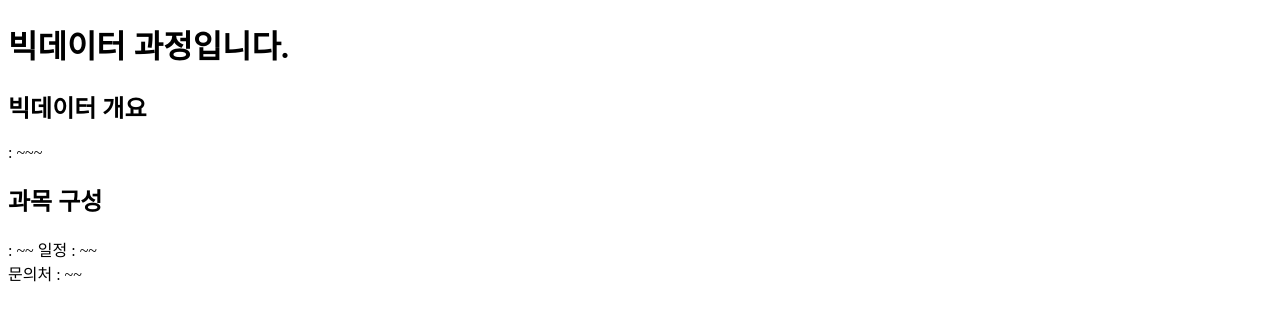
Repository: ybshim90/sesac1
Page: day_20211216_03_hello/src/main/webapp/hello.html
The author's editor kept a copy of each file at every save. The page is drawn from the files as they stood at one save, then again after the next save.
The browser window is 1280 px wide. The pictures show the whole page.

Above is the page before, as saved 2021-12-16 07:35:03.

### day_20211216_03_hello/src/main/webapp/hello.html
<!DOCTYPE html>
<html>
	<head>
		<meta charset="UTF-8">
		<title>빅데이터 과정 소개</title>
	</head>
	<body>
		<h1>빅데이터 과정입니다.</h1>
		<h2>빅데이터 개요</h2> : ~~~
		<h2>과목 구성</h2> : ~~
		일정 : ~~<br>
		문의처 : ~~<br>

	</body>
</html>

After the next save:
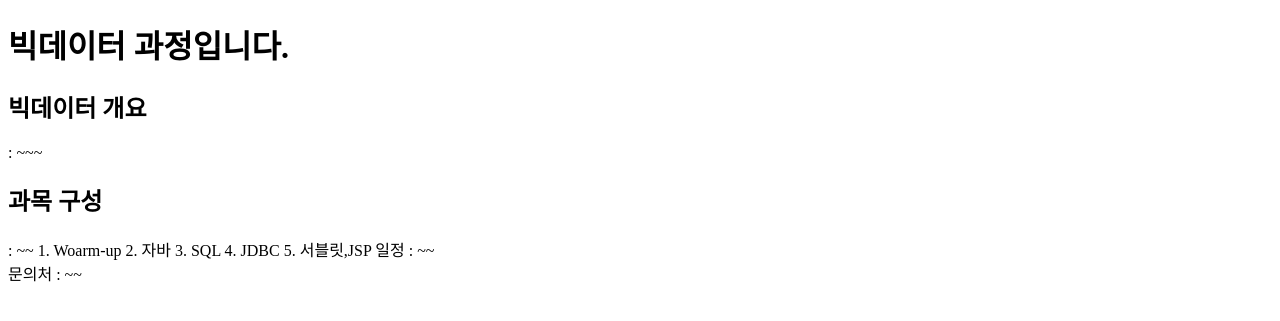
Saved 55 s later.
--- a/day_20211216_03_hello/src/main/webapp/hello.html
+++ b/day_20211216_03_hello/src/main/webapp/hello.html
@@ -8,6 +8,12 @@
 		<h1>빅데이터 과정입니다.</h1>
 		<h2>빅데이터 개요</h2> : ~~~
 		<h2>과목 구성</h2> : ~~
+		1. Woarm-up
+		2. 자바
+		3. SQL
+		4. JDBC
+		5. 서블릿,JSP
+
 		일정 : ~~<br>
 		문의처 : ~~<br>
 
